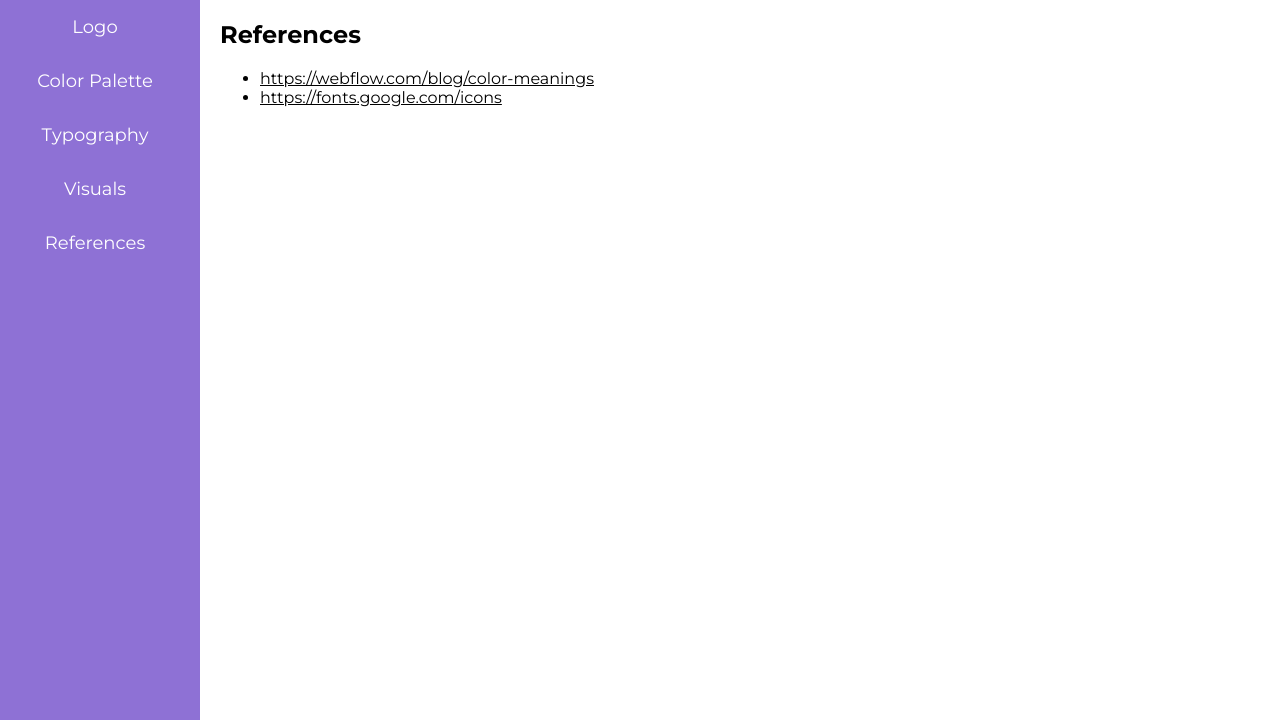
Repository: Irinalimm/PocketProfs-A5Styleguide
Page: pages/references.html
These files come from the project's save history. The page is drawn as it stood at one moment and after the next save; the edit follows.
The browser window is 1280 px wide. The pictures show the whole page.
Some web libraries are served in a nearby version.

Above is the page before, as saved 2024-04-10 22:21:24.

After the next save:
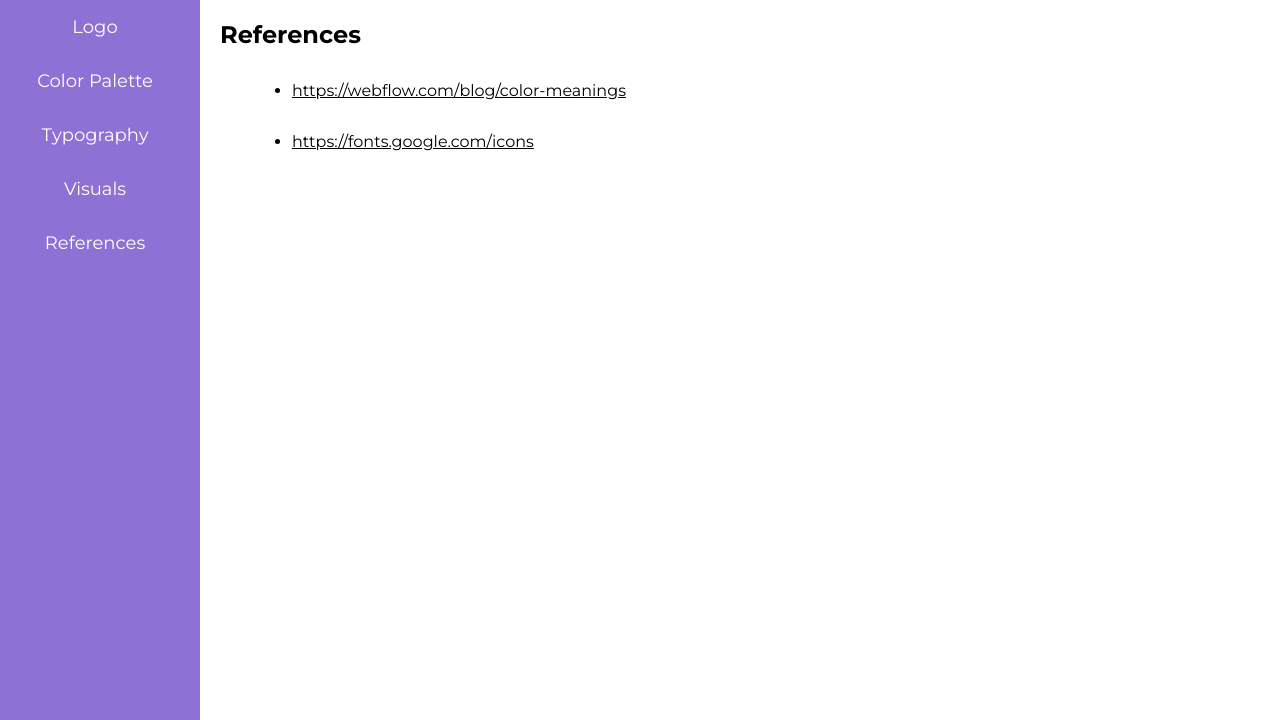
Saved 22 s later.
--- a/css/references.css
+++ b/css/references.css
@@ -9,11 +9,14 @@
 
   a{
     color: black;
-
   }
 
   a:link, a:visited{
     text-decoration: underline;
+  }
+
+  li{
+    margin: 2rem;
   }
 
   /* Style the side navigation */
